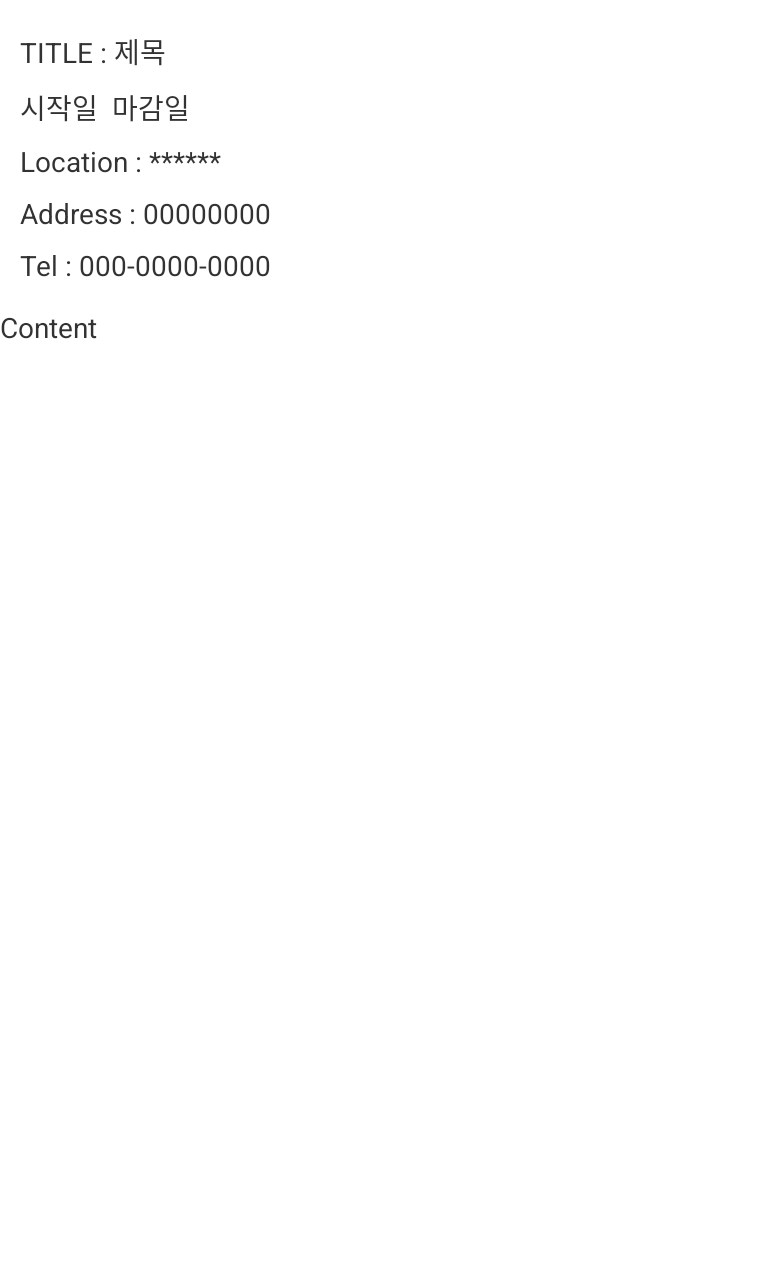
Repository: chlduq04/java
Layout: Culturemap/res/layout/detail.xml
The author's editor kept a copy of each file at every save. The layout is drawn from the files as they stood at one save, then again after the next save.
It is drawn on a 768 x 1280 px phone screen (xhdpi) without system bars, with theme AppTheme; the app's code is not run.

Above is the layout before, as saved 2012-07-23 07:08:18.

### Culturemap/res/layout/detail.xml
<?xml version="1.0" encoding="utf-8"?>
<LinearLayout xmlns:android="http://schemas.android.com/apk/res/android"
    android:layout_width="match_parent"
    android:layout_height="match_parent"
    android:orientation="vertical" >

    <LinearLayout
        android:layout_width="match_parent"
        android:layout_height="wrap_content"
        android:layout_margin="5dip"
        android:layout_weight="0.15"
        android:orientation="vertical"
        android:padding="5dip" >

        <LinearLayout
            android:layout_width="fill_parent"
            android:layout_height="wrap_content"
            android:layout_weight="1"
            android:paddingTop="5dip" >

            <TextView
                android:layout_width="wrap_content"
                android:layout_height="wrap_content"
                android:text="TITLE : " >
            </TextView>

            <TextView
                android:layout_width="wrap_content"
                android:layout_height="wrap_content"
                android:text="제목" >
            </TextView>
        </LinearLayout>

        <LinearLayout
            android:layout_width="fill_parent"
            android:layout_height="wrap_content"
            android:layout_weight="1"
            android:paddingTop="5dip" >

            <TextView
                android:layout_width="wrap_content"
                android:layout_height="wrap_content"
                android:text="시작일  " >
            </TextView>

            <TextView
                android:layout_width="wrap_content"
                android:layout_height="wrap_content"
                android:text="마감일" >
            </TextView>
        </LinearLayout>

        <LinearLayout
            android:layout_width="fill_parent"
            android:layout_height="wrap_content"
            android:layout_weight="1"
            android:paddingTop="5dip" >

            <TextView
                android:layout_width="wrap_content"
                android:layout_height="wrap_content"
                android:text="Location : " >
            </TextView>

            <TextView
                android:layout_width="wrap_content"
                android:layout_height="wrap_content"
                android:text="******" >
            </TextView>
        </LinearLayout>

        <LinearLayout
            android:layout_width="fill_parent"
            android:layout_height="wrap_content"
            android:layout_weight="1"
            android:paddingTop="5dip" >

            <TextView
                android:layout_width="wrap_content"
                android:layout_height="wrap_content"
                android:text="Address : " >
            </TextView>

            <TextView
                android:layout_width="wrap_content"
                android:layout_height="wrap_content"
                android:text="00000000" >
            </TextView>
        </LinearLayout>

        <LinearLayout
            android:layout_width="fill_parent"
            android:layout_height="wrap_content"
            android:layout_weight="1"
            android:paddingTop="5dip" >

            <TextView
                android:layout_width="wrap_content"
                android:layout_height="wrap_content"
                android:text="Tel : " >
            </TextView>

            <TextView
                android:layout_width="wrap_content"
                android:layout_height="wrap_content"
                android:text="000-0000-0000" >
            </TextView>
        </LinearLayout>
    </LinearLayout>

    <LinearLayout
        android:layout_width="match_parent"
        android:layout_height="wrap_content"
        android:layout_weight="6"
        android:orientation="vertical" >

        <TextView
            android:layout_width="fill_parent"
            android:layout_height="fill_parent"
            android:text="Content" >
        </TextView>
    </LinearLayout>

    <LinearLayout
        android:layout_width="match_parent"
        android:layout_height="wrap_content"
        android:layout_weight="0.8"
        android:orientation="vertical" >
    </LinearLayout>

</LinearLayout>

Loaded but not shown: Culturemap/res/values/styles.xml (common file)

After the next save:
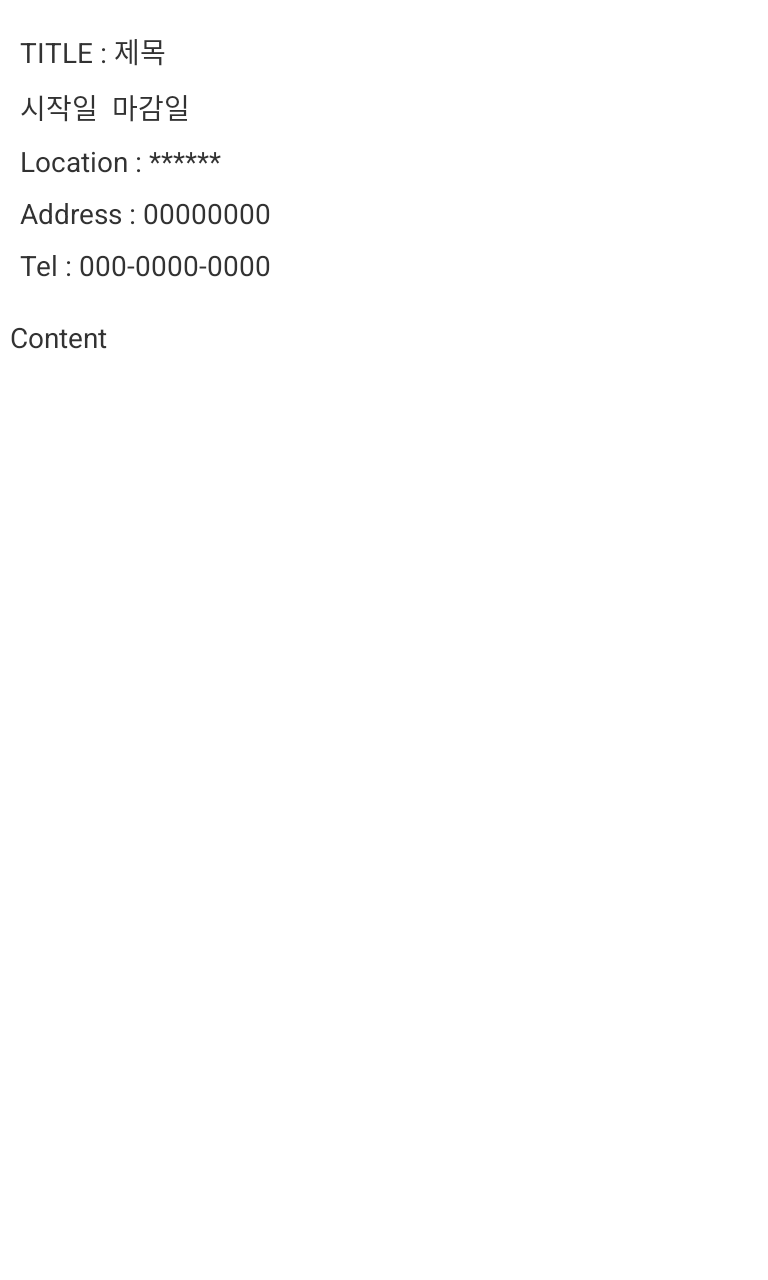
Saved 28 s later.
--- a/Culturemap/res/layout/detail.xml
+++ b/Culturemap/res/layout/detail.xml
@@ -109,6 +109,8 @@
     </LinearLayout>
 
     <LinearLayout
+        android:layout_margin="5dip"
+        android:layout_margin="5dip"
         android:layout_width="match_parent"
         android:layout_height="wrap_content"
         android:layout_weight="6"
